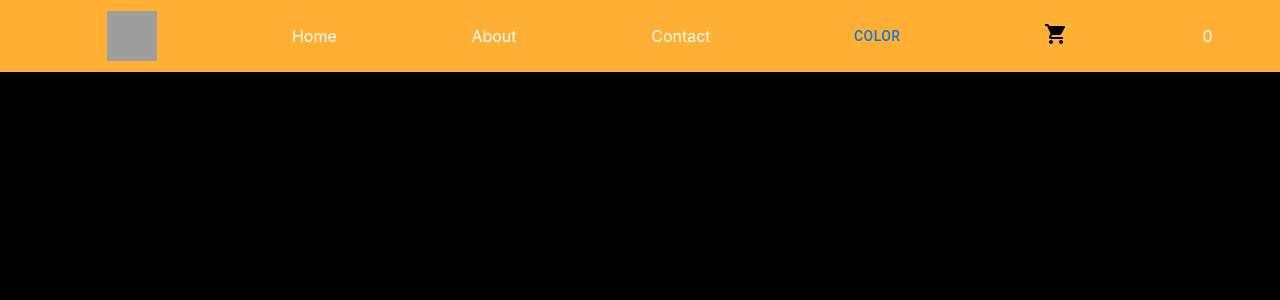
Repository: Toydrum/React-Hector-Coronado-EntregaFinal
Page: /
An editor plug-in stored every save of this project. The page is shown before and after the next save, followed by the edit.
The browser window is 1280 px wide. The pictures show the whole page.
Pictures or frames that could not be fetched are drawn as grey boxes. The page's requests for data from a server got no answer. The project was rebuilt for these pictures with package versions that can differ from the ones it lists, and the page was loaded fresh each time. No one was signed in, and anything a server would have sent is missing. Also part of the build but not shown: vite.config.js, src/components/Button/Button.css, src/components/Button/Button.jsx, src/components/CardUser/CardUser.css, src/components/CardUser/CardUser.jsx, src/pages/ContactPage/ContactPage.jsx, src/pages/AboutPage/AboutPage.jsx, src/pages/DetailPage/DetailPage.css and 4 more.

Above is the page before, as saved 2023-07-19 15:01:46.

After the next save:
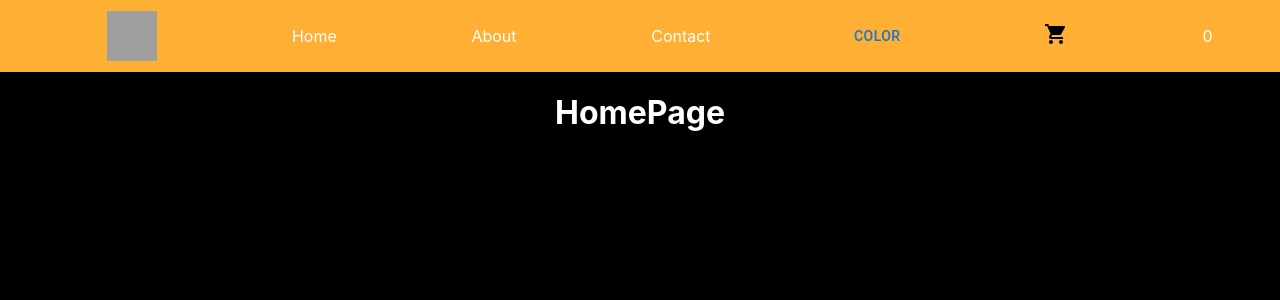
Saved 25 s later.
--- a/src/pages/HomePage/HomePage.jsx
+++ b/src/pages/HomePage/HomePage.jsx
@@ -4,7 +4,9 @@ import CardList from "../../components/CardList/CardList";
 const HomePage = () => {
   return (
     <div>
-      <h1 style={{ display: "flex", justifyContent: "center" }}>HomePage</h1>
+      <h1 style={{ color: "white", display: "flex", justifyContent: "center" }}>
+        HomePage
+      </h1>
       <CardList />
     </div>
   );
